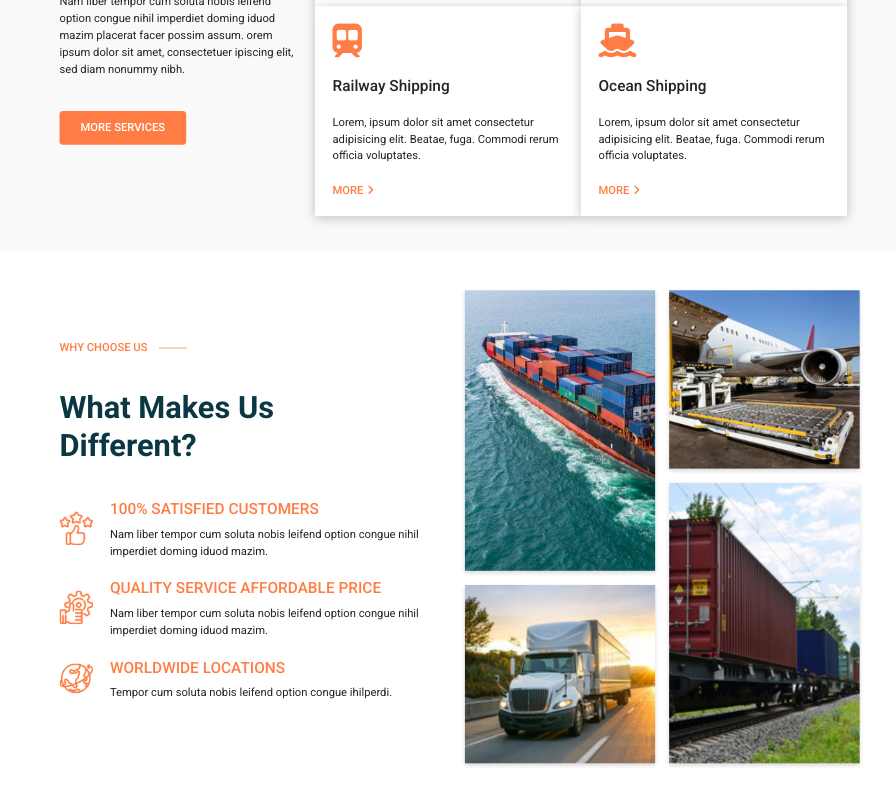
Repository: nazmulalok/shipping-theme
Page: index.html
These files come from the project's save history. The page is drawn as it stood at one moment and after the next save; the edit follows.
The browser window is 1280 px wide. The pictures show the part of the page from y = 2054 to 3974 px (the page is 3207 px tall before and 3974 px after), at 70% of full size.
Some web libraries are served in a nearby version.

Above is the page before, as saved 2022-10-08 23:53:56.

### index.html
<!DOCTYPE html>
<html lang="en">

    <head>
        <meta charset="UTF-8">
        <meta http-equiv="X-UA-Compatible" content="IE=edge">
        <meta name="viewport" content="width=device-width, initial-scale=1.0">
        <link rel="preconnect" href="https://fonts.googleapis.com">
        <link rel="preconnect" href="https://fonts.gstatic.com" crossorigin>
        <link
            href="https://fonts.googleapis.com/css2?family=Roboto:ital,wght@0,300;0,400;0,500;0,700;0,900;1,300;1,400;1,500;1,700;1,900&display=swap"
            rel="stylesheet">
        <link rel="stylesheet" href="https://cdnjs.cloudflare.com/ajax/libs/font-awesome/6.2.0/css/all.min.css"
            integrity="sha512-xh6O/CkQoPOWDdYTDqeRdPCVd1SpvCA9XXcUnZS2FmJNp1coAFzvtCN9BmamE+4aHK8yyUHUSCcJHgXloTyT2A=="
            crossorigin="anonymous" referrerpolicy="no-referrer" />
        <link rel="stylesheet" href="https://cdn.jsdelivr.net/npm/bootstrap@4.0.0/dist/css/bootstrap.min.css"
            integrity="sha384-Gn5384xqQ1aoWXA+058RXPxPg6fy4IWvTNh0E263XmFcJlSAwiGgFAW/dAiS6JXm" crossorigin="anonymous">
        <link rel="stylesheet" href="style.css">
        <title>Document</title>
    </head>

    <body>
        <header class="header-top">
            <div class="container">
                <div class="top-bar">
                    <p class="m-0">Dolor sit amet, consetetur sadipscing elitr sed diam</p>
                    <div>
                        <span class="mr-4">Shipment Tracker</span>
                        <span>Login</span>
                    </div>
                </div>
                <div class="header-area">
                    <div class="logo">
                        <img src="images/shipping-logo.svg" alt="Shipping Logo">
                    </div>
                    <nav>
                        <ul>
                            <li><a href="#">Home</a></li>
                            <li><a href="#">About Us</a></li>
                            <li><a href="#">Service</a></li>
                            <li><a href="#">Project</a></li>
                            <li><a href="#">Blog</a></li>
                            <li><a href="#">News & Events</a></li>
                            <li><a href="#">Contact Us</a></li>
                        </ul>
                    </nav>
                    <div class="nav-btn">
                        <a class="common-btn mr-3" href="#">Get A Quote</a>
                        <i class="fa-solid fa-ellipsis-vertical"></i>
                    </div>
                </div>
            </div>
        </header>
        <!-- Slider -->
        <section>
            <div class="main-slider">
                <div class="container">
                    <div class="slide-content">
                        <div class="slide-text">
                            <div class="slider-title mb-4">Lorem ips<br>
                                dolor sit ametcon<br>
                                sadips cing</div>
                            <p>Nam liber tempor cum soluta nobis eleifend option</p>
                            <div class="sliderBtn mt-5"><a class="common-btn mr-4" href="#">Get Started Now</a><a
                                    class="common-btn outline-btn" href="#">Learn More</a></div>
                        </div>
                    </div>
                </div>
            </div>
        </section>
        <!-- Slider Ends -->
        <div class="common-sec">
            <div class="container">
                <div class="row align-items-center mb-5">
                    <div class="col-lg-6">
                        <h1 class="border-heading">Duis Autem Vel Eumri
                            Ure Dolor In Hend</h1>
                    </div>
                    <div class="col-lg-6">
                        <p class="ms-4">Nam liber tempor cum soluta nobis eleifend option congue nihil imperdiet doming
                            id quod mazim
                            placerat facer possim assum. Lorem ipsum dolor sit amet, consectetuer adipiscing.</p>
                    </div>
                </div>
                <div class="row mt-5">
                    <div class="col-lg-6">
                        <div class="video-box img-box img-shadow">
                            <img src="images/ship-products.jpg" alt="Ship Products" />
                            <a data-fancybox="" href="" class="video-btn">
                                <i class="fa fa-play"></i>
                            </a>
                        </div>
                        <div class="exp-section">
                            <div class="exp-title ml-4">
                                25
                            </div>
                            <div class="exp-paragraph">
                                Years <br>Experience <br>In It
                            </div>
                            <img src="images/exp-bg.png" alt="Experience">
                        </div>
                    </div>
                    <div class="col-lg-6">
                        <span class="sp-title">About Us</span>
                        <h2 class="mb-5">Lorem Ipsum Dolo
                            Sit Amet Conse</h2>
                        <p class="mb-5">Lorem ipsum dolor sit amet, consetetur sadipscing elitr, sed diam nonumy eirmod
                            tempor
                            invidunt.</p>
                        <div class="boxes">
                            <div class="common-box">
                                <div class="content">
                                    <i class="fa-solid fa-bullseye mb-4"></i>
                                    <div class="box-title mb-4">
                                        Our Mission
                                    </div>
                                    <p class="mb-4">Lorem, ipsum dolor sit amet consectetur adipisicing elit. Beatae,
                                        fuga. Commodi
                                        rerum
                                        officia voluptates.</p>
                                    <a href="#" class="more-btn">More</a>
                                </div>
                            </div>
                            <div class="common-box">
                                <div class="content">
                                    <i class="fa-regular fa-eye mb-4"></i>
                                    <div class="box-title mb-4">
                                        Our Vision
                                    </div>
                                    <p class="mb-4">Lorem, ipsum dolor sit amet consectetur adipisicing elit. Beatae,
                                        fuga. Commodi
                                        rerum
                                        officia voluptates.</p>
                                    <a href="#" class="more-btn">More</a>
                                </div>
                            </div>
                        </div>
                    </div>
                </div>
            </div>
        </div>
        <div class="common-sec service-sec">
            <div class="container">
                <div class="row align-items-center">
                    <div class="col-lg-4">
                        <span class="sp-title">Services</span>
                        <h2 class="mb-5">Our Services</h2>
                        <p class="mb-5">Nam liber tempor cum soluta nobis leifend option congue nihil imperdiet doming
                            iduod mazim placerat facer possim assum. orem ipsum dolor sit amet, consectetuer ipiscing
                            elit, sed diam nonummy nibh.</p>
                        <a href="#" class="common-btn">More Services</a>
                    </div>
                    <div class="col-lg-8">
                        <div class="row">
                            <div class="col-lg-6 p-0">
                                <div class="common-box">
                                    <div class="content">
                                        <i class="fa-solid fa-truck-moving mb-4"></i>
                                        <div class="box-title mb-4">
                                            Truck Shipping
                                        </div>
                                        <p class="mb-4">Lorem ipsum dolor sit amet, consetetur sadipscing elitr, sed
                                            diam nonumy eirmod tempor invidunt.</p>
                                        <a href="#" class="more-btn">More</a>
                                    </div>
                                </div>
                            </div>
                            <div class="col-lg-6 p-0">
                                <div class="common-box">
                                    <div class="content">
                                        <i class="fa-solid fa-plane mb-4"></i>
                                        <div class="box-title mb-4">
                                            Air Shipping
                                        </div>
                                        <p class="mb-4">Lorem ipsum dolor sit amet, consetetur sadipscing elitr, sed
                                            diam nonumy eirmod tempor invidunt.</p>
                                        <a href="#" class="more-btn">More</a>
                                    </div>
                                </div>
                            </div>
                            <div class="col-lg-6 p-0">
                                <div class="common-box">
                                    <div class="content">
                                        <i class="fa-solid fa-train-subway mb-4"></i>
                                        <div class="box-title mb-4">
                                            Railway Shipping
                                        </div>
                                        <p class="mb-4">Lorem, ipsum dolor sit amet consectetur adipisicing elit.
                                            Beatae,
                                            fuga. Commodi
                                            rerum
                                            officia voluptates.</p>
                                        <a href="#" class="more-btn">More</a>
                                    </div>
                                </div>
                            </div>
                            <div class="col-lg-6 p-0">
                                <div class="common-box">
                                    <div class="content">
                                        <i class="fa-solid fa-ship mb-4"></i>
                                        <div class="box-title mb-4">
                                            Ocean Shipping
                                        </div>
                                        <p class="mb-4">Lorem, ipsum dolor sit amet consectetur adipisicing elit.
                                            Beatae,
                                            fuga. Commodi
                                            rerum
                                            officia voluptates.</p>
                                        <a href="#" class="more-btn">More</a>
                                    </div>
                                </div>
                            </div>
                        </div>
                    </div>
                </div>
            </div>
        </div>
        <div class="common-sec why-choose-sec">
            <div class="container">
                <div class="row align-items-center">
                    <div class="col-lg-6">
                        <span class="sp-title">Why Choose Us</span>
                        <h3 class="mb-5">What Makes Us <br>
                            Different?</h3>
                        <div class="why-choose-box">
                            <div class="common-box d-flex align-items-center mb-4">
                                <div class="img-box mr-4">
                                    <img src="images/satisfied-customers.png" alt="Satisfied Customers">
                                </div>
                                <div>
                                    <div class="box-title mb-2">
                                        100% Satisfied Customers
                                    </div>
                                    <p>Nam liber tempor cum soluta nobis leifend option congue nihil imperdiet
                                        doming iduod mazim.</p>
                                </div>
                            </div>
                            <div class="common-box d-flex align-items-center mb-4">
                                <div class="img-box mr-4">
                                    <img src="images/quality-services.png" alt="Quality Services">
                                </div>
                                <div>
                                    <div class="box-title mb-2">
                                        Quality Service Affordable Price
                                    </div>
                                    <p>Nam liber tempor cum soluta nobis leifend option congue nihil imperdiet
                                        doming iduod mazim.</p>
                                </div>
                            </div>
                            <div class="common-box d-flex align-items-center mb-4">
                                <div class="img-box mr-4">
                                    <img src="images/worldwide-locations.png" alt="Worldwide Locations">
                                </div>
                                <div>
                                    <div class="box-title mb-2">
                                        Worldwide Locations
                                    </div>
                                    <p>Tempor cum soluta nobis leifend option congue ihilperdi.</p>
                                </div>
                            </div>
                        </div>
                    </div>
                    <div class="col-lg-6">
                        <div class="img-box">
                            <img src="images/why-choose-shipping.png" alt="Why Choose Shipping">
                        </div>
                    </div>
                </div>
            </div>
        </div>














        <script src="https://code.jquery.com/jquery-3.2.1.slim.min.js"
            integrity="sha384-KJ3o2DKtIkvYIK3UENzmM7KCkRr/rE9/Qpg6aAZGJwFDMVNA/GpGFF93hXpG5KkN"
            crossorigin="anonymous"></script>
        <script src="https://cdn.jsdelivr.net/npm/popper.js@1.12.9/dist/umd/popper.min.js"
            integrity="sha384-ApNbgh9B+Y1QKtv3Rn7W3mgPxhU9K/ScQsAP7hUibX39j7fakFPskvXusvfa0b4Q"
            crossorigin="anonymous"></script>
        <script src="https://cdn.jsdelivr.net/npm/bootstrap@4.0.0/dist/js/bootstrap.min.js"
            integrity="sha384-JZR6Spejh4U02d8jOt6vLEHfe/JQGiRRSQQxSfFWpi1MquVdAyjUar5+76PVCmYl"
            crossorigin="anonymous"></script>
    </body>

</html>

### style.css
/* Common CSS Starts*/
*,
*::before,
*::after {
    box-sizing: border-box;
    margin: 0;
    padding: 0;
}

html {
    scroll-behavior: smooth;
}

:root {
    --main-color: #FF7D44;
    --secondary-color: #0B3742;
    --tertiary-color: #FFFFFF;
}

body {
    font-family: 'Roboto', sans-serif;
}

a.white-space {
    white-space: nowrap;
}

/* Common CSS Ends */

/* slider style starts */

.main-slider>* {
    z-index: 10;
}

.main-slider {
    background: url(images/shipping-banner.jpg);
    height: 700px;
    width: 100%;
    background-size: cover;
    background-repeat: no-repeat;
    background-position: center;
    position: relative;
    display: flex;
    align-items: center;
    transition: all 1s;
    margin-top: -155px;
    z-index: 50;
}

.main-slider:before {
    content: '';
    width: 100%;
    height: 100%;
    top: 0;
    left: 0;
    position: absolute;
    background-color: rgb(11 55 66 / 55%);
    z-index: 1;
}

.slide-content {
    text-align: center;
}

.slide-text {
    color: var(--tertiary-color);
    padding-top: 100px;
}

.slider-title {
    font-size: 4rem;
    font-weight: 600;
    line-height: 4.5rem;
    text-transform: uppercase;
}

.slide-text p {
    font-size: 20px;
}

a.common-btn {
    display: inline-block;
    text-decoration: none;
    color: var(--tertiary-color);
    background: var(--main-color);
    padding: 12px 30px;
    border-radius: 5px;
    font-size: 16px;
    font-weight: 500;
    text-transform: uppercase;
    transition: all 1s ease;
}

a.common-btn:hover {
    background: var(--tertiary-color);
    color: var(--secondary-color);
}

a.common-btn.outline-btn {
    background: transparent !important;
    border: 1px solid var(--tertiary-color);
}

a.common-btn.outline-btn:hover {
    background: var(--tertiary-color) !important;
}

/* Header style starts */

.header-top {
    z-index: 100;
    background: transparent;
    position: relative;
}

.top-bar,
.header-area {
    display: flex;
    justify-content: space-between;
    align-items: center;
    color: var(--tertiary-color);
}

.top-bar {
    padding: 20px 0px;
}

.header-area {
    background: var(--tertiary-color);
    padding: 15px 20px;
    border-radius: 3px;
}

nav ul {
    list-style-type: none;
    color: var(--secondary-color);
    display: flex;
    gap: 1.7rem;
    margin: 0;
}

nav ul a {
    color: var(--secondary-color);
    text-decoration: none;
    font-size: 16px;
    font-weight: 500;
    transition: all 0.5s;
}

nav ul a:hover {
    color: var(--main-color);
    transition: all 0.5s;
}

.nav-btn {
    align-items: center;
    display: flex;
}

.nav-btn i {
    color: var(--tertiary-color);
    font-size: 21px;
    background: gray;
    padding: 13px 15px;
    border-radius: 5px;
}

/* Headings Styles */

h1 {
    font-size: 56px;
}

h2 {
    font-size: 50px;
}

h3 {
    font-size: 44px;
}

h4 {
    font-size: 38px;
}

h5 {
    font-size: 32px;
}

h6 {
    font-size: 26px;
}

h1,
h2,
h3,
h4,
h5,
h6 {
    font-weight: 700;
    margin-bottom: 10px;
    color: var(--secondary-color);
}

/* Section Styles */

.py-50,
.common-sec {
    padding-top: 50px;
    padding-bottom: 50px;
}

.common-sec {
    position: relative;
    z-index: 0;
    overflow: hidden;
}

.common-sec:nth-child(even):before {
    content: "";
    position: absolute;
    width: 1000%;
    height: 100%;
    top: 50%;
    left: 50%;
    transform: translate(-50%, -50%);
    background-color: #f9f9f9;
    border-bottom: 1px solid #f6f6f6;
    z-index: -1;
}

/* Image box style */

.img-box {
    border-radius: 3px;
    transition: 0.5s;
    margin-bottom: 15px;
    text-align: center;
    position: relative;
}

.img-box img {
    border-radius: 3px;
}

.img-box:last-child {
    margin-bottom: 0;
}

figure.img-box img+figcaption {
    margin-top: 10px;
    text-align: left;
    padding: 10px;
    border-radius: 3px;
    box-shadow: -5px 5px 20px 0 rgb(0 0 0 / 5%);
}

.img-box.img-shadow:before {
    content: '';
    width: 100%;
    height: 100%;
    position: absolute;
    top: 0;
    left: 0;
    background-color: rgb(11 55 66 / 55%);
    border-radius: 3px;
}

/* Video Box */

.video-box {
    position: relative;
}

.video-box img {
    border-radius: 3px;
    width: 100%;
}

.video-btn {
    position: absolute;
    text-align: center;
    color: var(--tertiary-color);
    font-size: 30px;
    border: none;
    left: 50%;
    top: 50%;
    -webkit-transform: translate(-50%, -50%);
    transform: translate(-50%, -50%);
    display: flex;
    justify-content: center;
    align-items: center;
    text-decoration: none !important;
    box-shadow: none;
    transition: 0.5s;
}

.video-btn .fa-play {
    color: var(--tertiary-color);
    position: relative;
    z-index: 99;
    -webkit-transition: color 0.5s;
    transition: 0.5s;
    text-decoration: none;
    line-height: 80px;
    font-size: 70px;
}

.video-btn:hover {
    color: inherit;
}

.video-btn:hover .fa-play {
    color: var(--main-color);
}

.video-btn:before,
.video-btn:after {
    display: none;
}

/* Common Box Styles */

.common-box {
    box-shadow: rgb(0 0 0 / 24%) 0px 3px 15px;
    height: 100%;
    background-color: #fff;
    border-radius: 3px;
    transition: all 0.5s ease;
}

.common-box>.img-box {
    margin-bottom: 0;
}

.common-box .common-heading:last-child,
.common-box p:last-child,
.common-box ul:last-child,
.common-box ul:last-child li:last-child,
.common-box .img-box:last-child {
    margin-bottom: 0;
}

.common-box>.content {
    padding: 25px;
}

/* Other CSS Starts */

.border-heading {
    border-right: 2px solid #E8E8E8;
}

.sp-title {
    display: flex;
    text-transform: uppercase;
    color: var(--main-color);
    font-weight: 500;
    align-items: center;
    margin-bottom: 3rem;
}

.sp-title:after {
    content: '';
    width: 20px;
    height: 1px;
    background: var(--main-color);
    flex: 0.1;
    margin-left: 1rem;
}

.boxes {
    display: grid;
    grid-template-columns: 1fr 1fr;
    grid-gap: 20px;
}

.common-box i {
    color: var(--main-color);
    font-size: 48px;
}

.common-box .box-title {
    font-size: 26px;
    font-weight: 500;
}

.common-box:hover {
    background-color: var(--main-color);
    color: var(--tertiary-color);
    transition: all 0.5s ease;
}

.common-box:hover i {
    color: var(--tertiary-color);
    transition: all 1s ease;
}

.exp-section {
    background: var(--secondary-color);
    display: flex;
    align-items: center;
    justify-content: space-between;
}

.exp-section .exp-title {
    color: #FFFF00;
    font-size: 64px;
    font-weight: 600;
    letter-spacing: 0.5px;
}

.exp-section .exp-paragraph {
    color: var(--tertiary-color);
    font-size: 22px;
    font-weight: 600;
    line-height: normal;
    text-transform: uppercase;
    letter-spacing: 1.2px;
}

.exp-section img {
    width: 155px;
}

a.more-btn {
    display: inline-block;
    color: var(--main-color);
    font-size: 16px;
    font-weight: 500;
    text-transform: uppercase;
    text-decoration: none;
}

a.more-btn:after {
    content: '\f105';
    font-family: 'FontAwesome';
    margin-left: 5px;

}

.common-box:hover a.more-btn {
    color: var(--tertiary-color);
}

/* Service Section */

.service-sec .common-box {
    border-radius: 0px;
}

.service-sec .common-box .box-title {
    font-size: 22px;
    font-weight: 500;
}

/* Why Choose Section */

.why-choose-box .common-box {
    box-shadow: none;
    border-radius: 0px;
    transition: all 0.5s ease;
}

.why-choose-box .common-box:hover {
    background-color: var(--tertiary-color);
    color: #000;
    transition: all 0.5s ease;
}

.why-choose-box .common-box .box-title {
    color: var(--main-color);
    font-size: 22px;
    font-weight: 500;
    text-transform: uppercase;
}

After the next save:
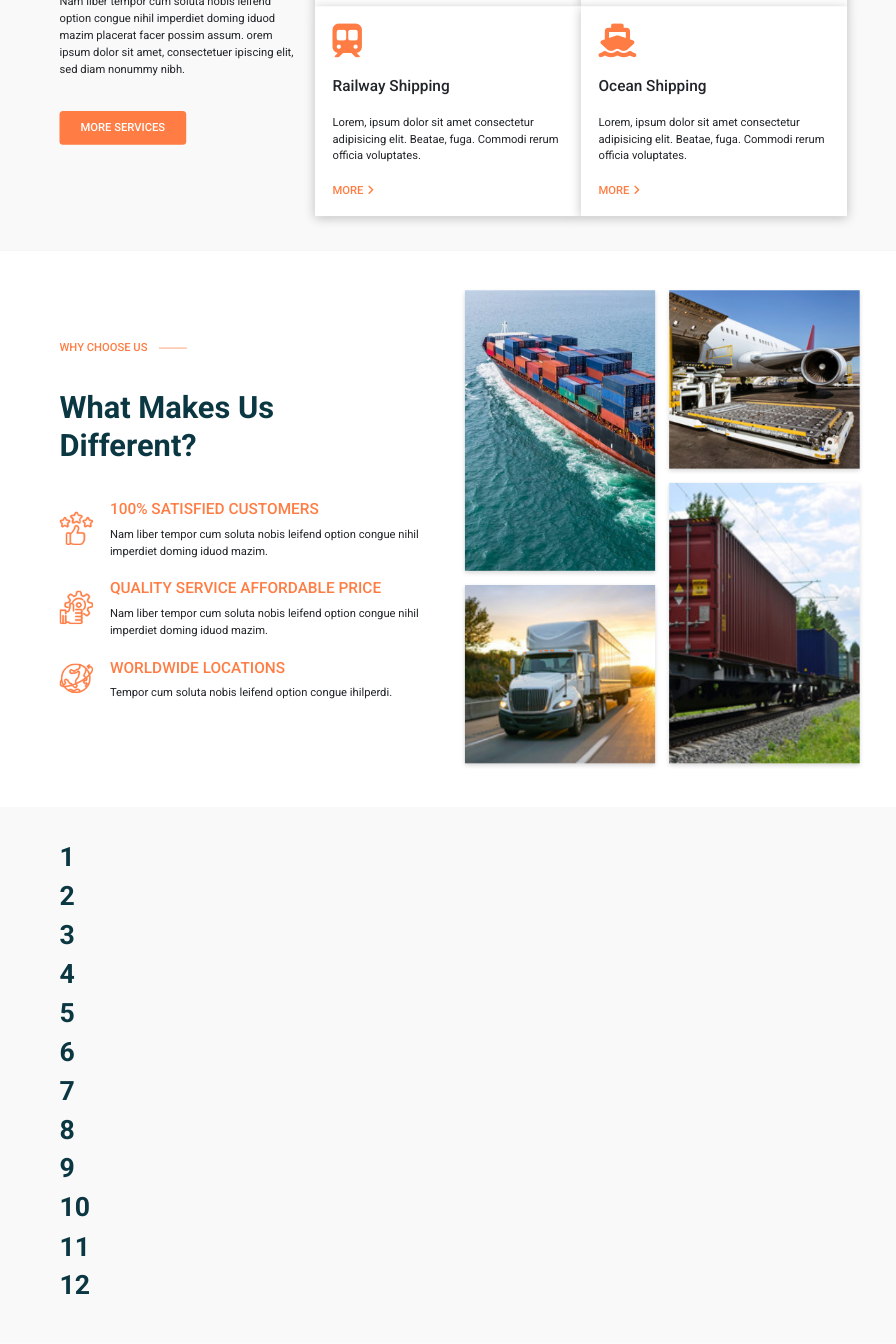
Saved 28 s later.
--- a/index.html
+++ b/index.html
@@ -268,6 +268,48 @@
                 </div>
             </div>
         </div>
+        <div class="common-sec">
+            <div class="container">
+                <div class="owl-carousel owl-theme">
+                    <div class="item">
+                        <h4>1</h4>
+                    </div>
+                    <div class="item">
+                        <h4>2</h4>
+                    </div>
+                    <div class="item">
+                        <h4>3</h4>
+                    </div>
+                    <div class="item">
+                        <h4>4</h4>
+                    </div>
+                    <div class="item">
+                        <h4>5</h4>
+                    </div>
+                    <div class="item">
+                        <h4>6</h4>
+                    </div>
+                    <div class="item">
+                        <h4>7</h4>
+                    </div>
+                    <div class="item">
+                        <h4>8</h4>
+                    </div>
+                    <div class="item">
+                        <h4>9</h4>
+                    </div>
+                    <div class="item">
+                        <h4>10</h4>
+                    </div>
+                    <div class="item">
+                        <h4>11</h4>
+                    </div>
+                    <div class="item">
+                        <h4>12</h4>
+                    </div>
+                </div>
+            </div>
+        </div>
 
 
 
